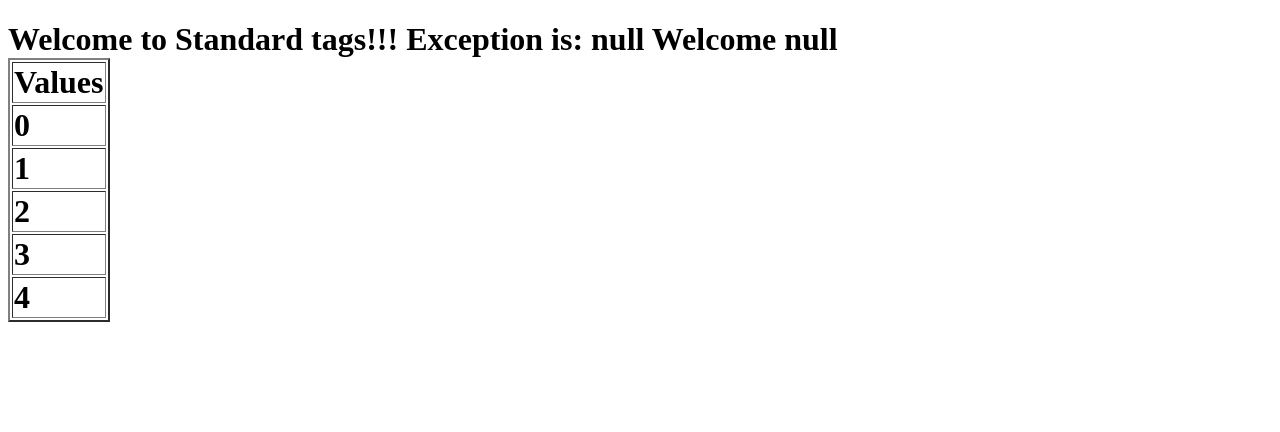
Repository: aditiee/CybageTraining
Page: http://localhost/shoppingcart/StandTags.jsp
An editor plug-in stored every save of this project. The page is shown before and after a run of saves, followed by the edit.
The browser window is 1280 px wide. The pictures show the whole page.
The page is served by Tomcat 9.

Above is the page before, as saved 2019-02-08 07:15:55.

After the next 2 saves:
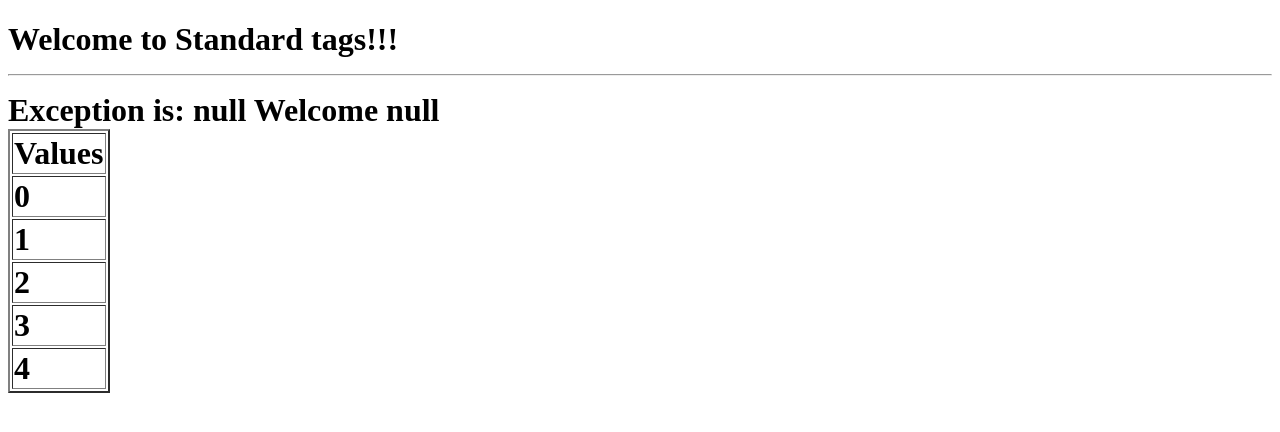
The 2 saves are shown as one change because they came seconds apart.
The last was saved 27 s later.
--- a/Advance Java/demos/shoppingcart/src/main/webapp/StandTags.jsp
+++ b/Advance Java/demos/shoppingcart/src/main/webapp/StandTags.jsp
@@ -7,7 +7,7 @@
 <title>Insert title here</title>
 </head>
 <body>
-<h1>Welcome to Standard tags!!!
+<h1>Welcome to Standard tags!!!<br><hr>
 <jsp:include page="First.jsp"></jsp:include>
 </body>
 </html>
